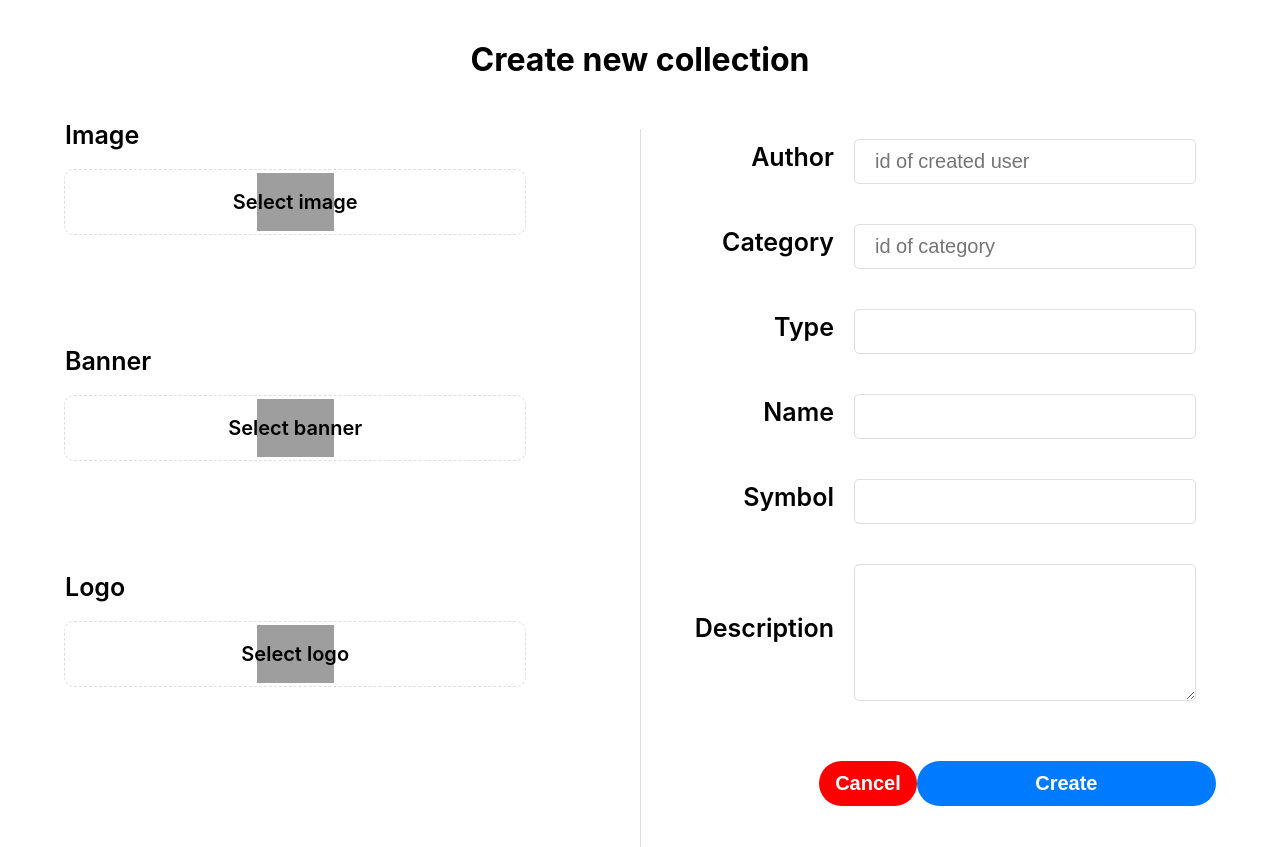
Repository: superHotBob/admin_nftillion
Page: /createcollection
The author's editor kept a copy of each file at every save. The page is drawn from the files as they stood at one save, then again after the next save.
The browser window is 1280 px wide. The pictures show the whole page.
Pictures or frames that could not be fetched are drawn as grey boxes. The project was rebuilt for these pictures with package versions that can differ from the ones it lists, and the page was loaded fresh each time. Also part of the build but not shown: src/components/Login/styles.scss, src/components/Login/index.js, src/components/NavPanel/styles.scss, src/components/NavPanel/index.js, src/components/Users/index.js, src/components/Collections/index.js, src/components/Preminted/styles.scss, src/components/Preminted/index.js.

Above is the page before, as saved 2022-04-27 18:21:13.

After the next save:
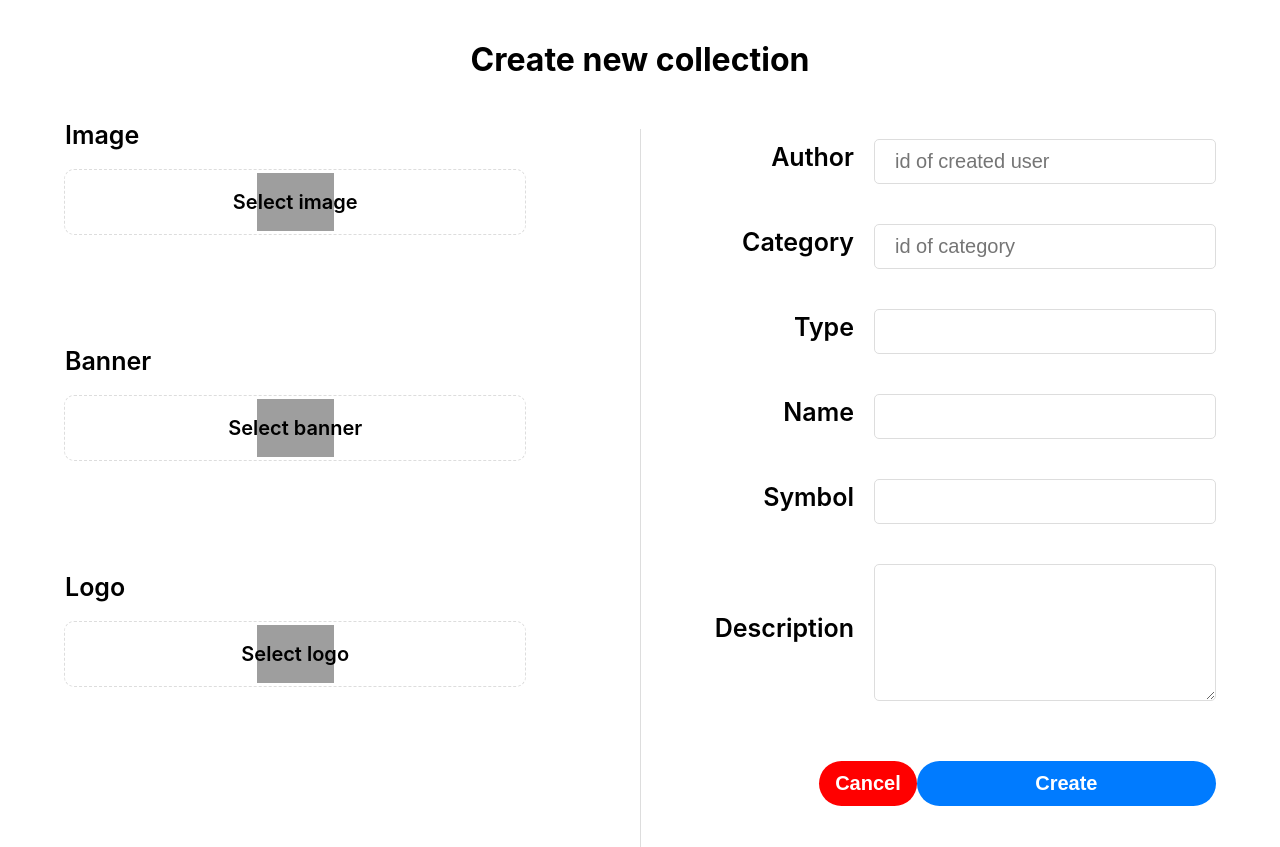
Saved 2 min 59 s later.
--- a/src/components/CreateCollection/styles.scss
+++ b/src/components/CreateCollection/styles.scss
@@ -64,7 +64,7 @@
         border: 1px solid #ddd;
         width: 300px;
         font-size: 20px;
-        margin: 10px 20px 0;
+        margin: 10px 0 0 20px;
         outline: none;
       }
     }
